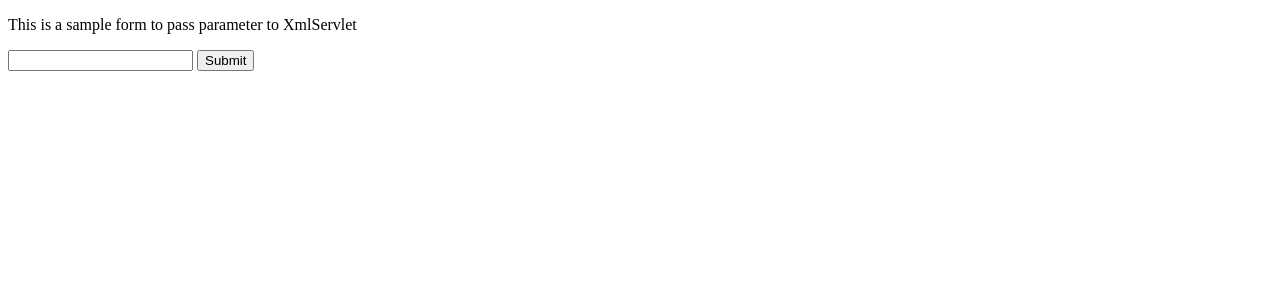
Repository: baijuachari/Servlet-JSPs
Page: SimpleServlet/WebContent/SampleForm.html
The author's editor kept a copy of each file at every save. The page is drawn from the files as they stood at one save, then again after the next save.
The browser window is 1280 px wide. The pictures show the whole page.

Above is the page before, as saved 2016-07-10 20:19:19.

After the next save:
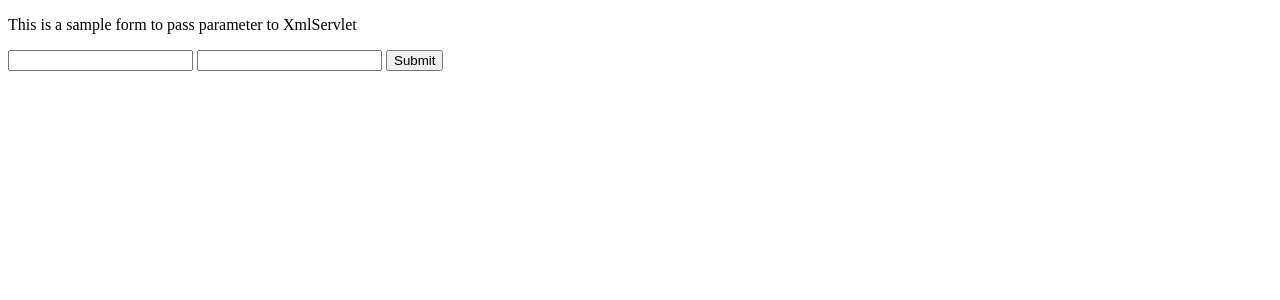
Saved 24 min 11 s later.
--- a/SimpleServlet/WebContent/SampleForm.html
+++ b/SimpleServlet/WebContent/SampleForm.html
@@ -8,6 +8,7 @@
 	<form method="post" action="xmlServletPath">
 		<p>This is a sample form to pass parameter to XmlServlet</p>
 		<input name="userName" />
+		<input name="fullName" />
 		<input type="submit"/>
 	</form>
 </body>
